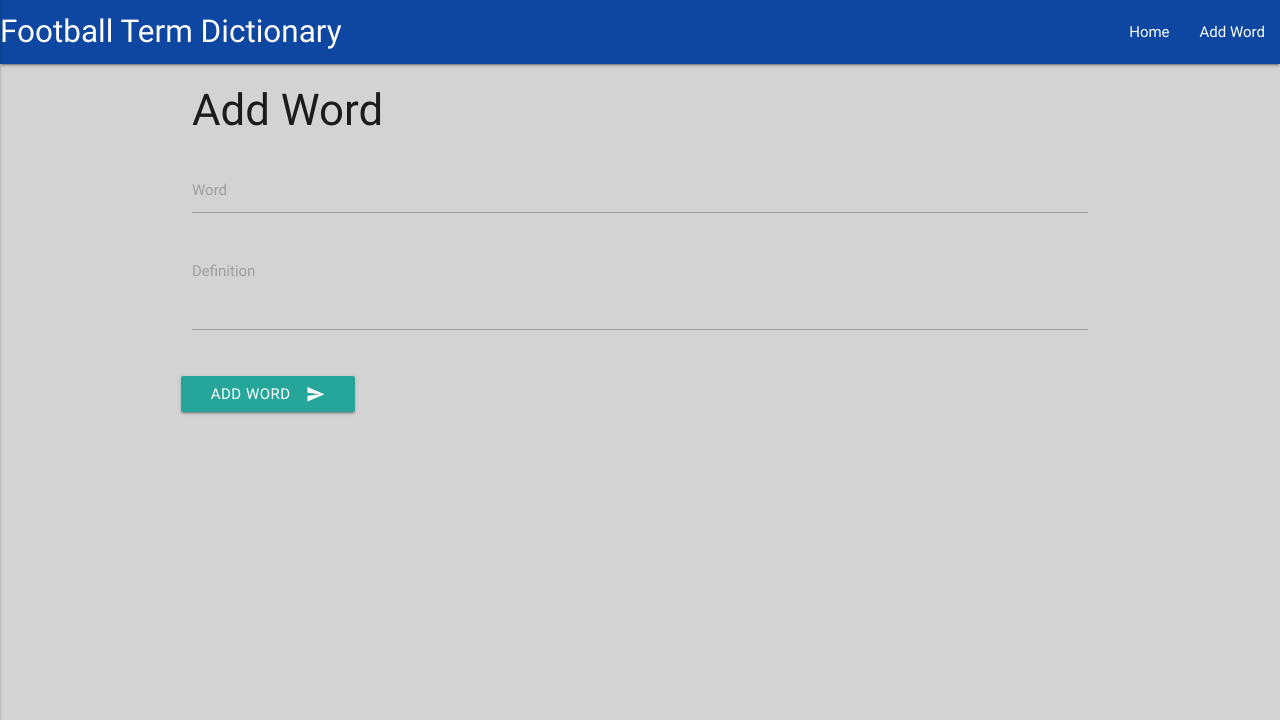
Repository: BLMcDonald/Milestone3
Page: http://localhost/add_word
The author's editor kept a record of every edit. The page is drawn from the files as they stood at one moment, then again after the next edit.
The browser window is 1280 px wide. The pictures show the whole page.
Some web libraries are served in a nearby version. The page is served by the project's application, run on Flask 3 (app.py).

Above is the page before.

After the next edit:
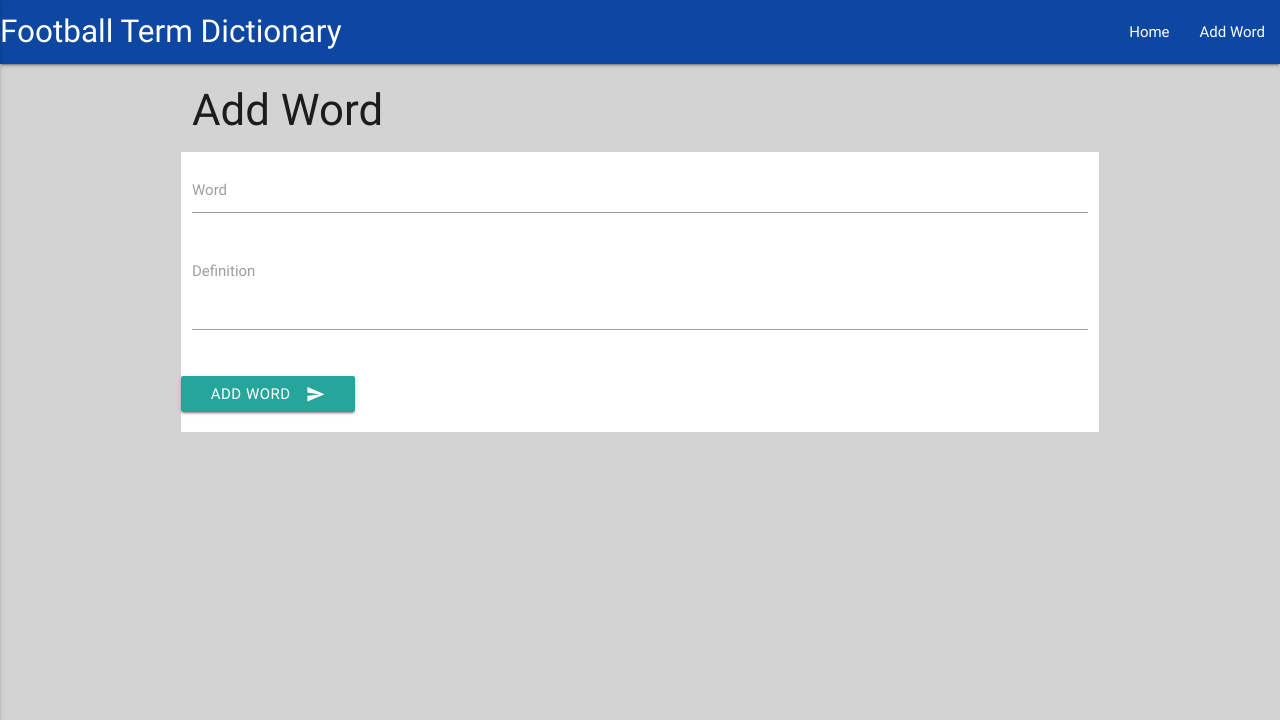
The edit:
--- a/templates/addword.html
+++ b/templates/addword.html
@@ -3,8 +3,8 @@
 
 <h3>Add Word</h3>
 
-<div class="row">
-    <form action="" method="POST" class="col s12">
+<div class="row white">
+    <form action="{{url_for('insert_word')}}" method="POST" class="col s12">
         <div class="row">
             <div class="input-field col s12">
                 <input id="word_name" name="word_name" type="text" class="validate">
